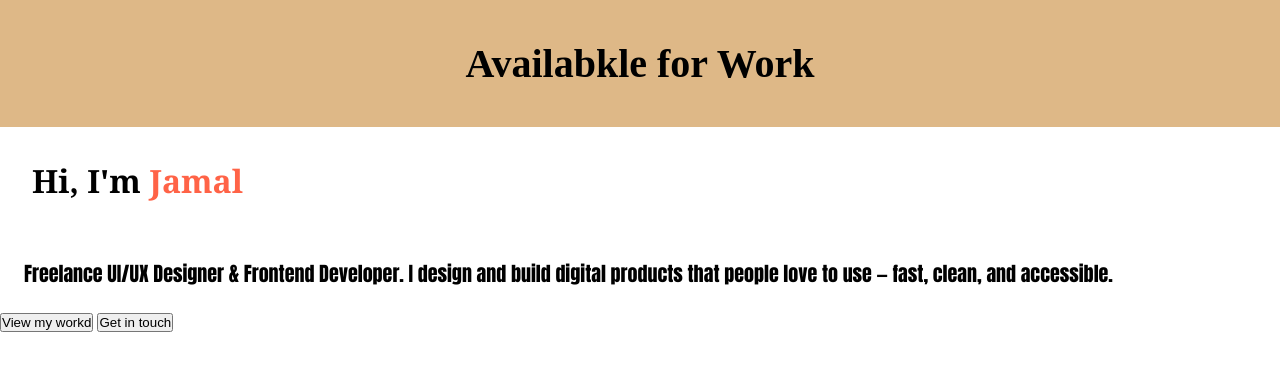
Repository: jamalissef-glitch/exercise1-JS
Page: Exercise33/index.html
An editor plug-in stored every save of this project. The page is shown before and after the next save, followed by the edit.
The browser window is 1280 px wide. The pictures show the whole page.

Above is the page before, as saved 2026-07-14 17:42:40.

After the next save:
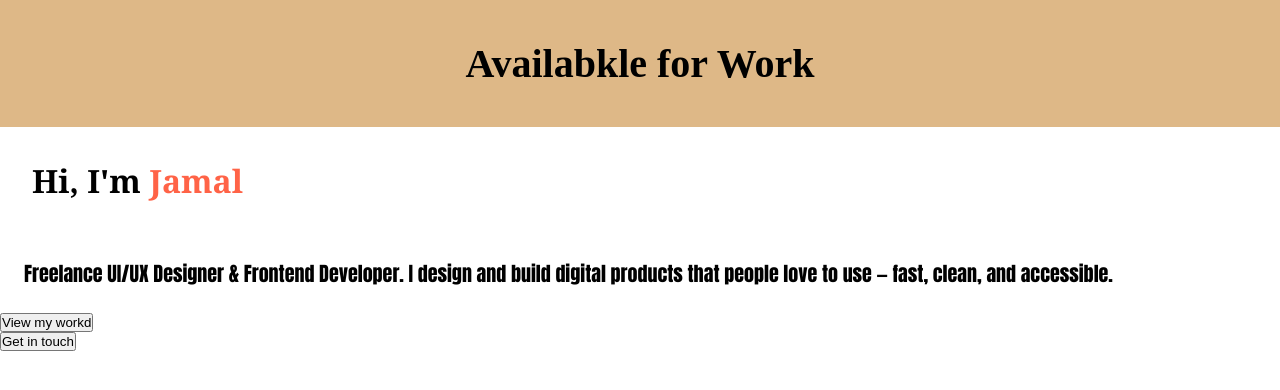
Saved 26 s later.
--- a/Exercise33/index.html
+++ b/Exercise33/index.html
@@ -40,6 +40,10 @@
   font-size: 20px;
   font-family: Impact, Haettenschweiler, 'Arial Narrow Bold', sans-serif;
  }
+
+ button {
+  display: flex;
+ }
 </style>
 
 <body>

After the 3 saves that followed:
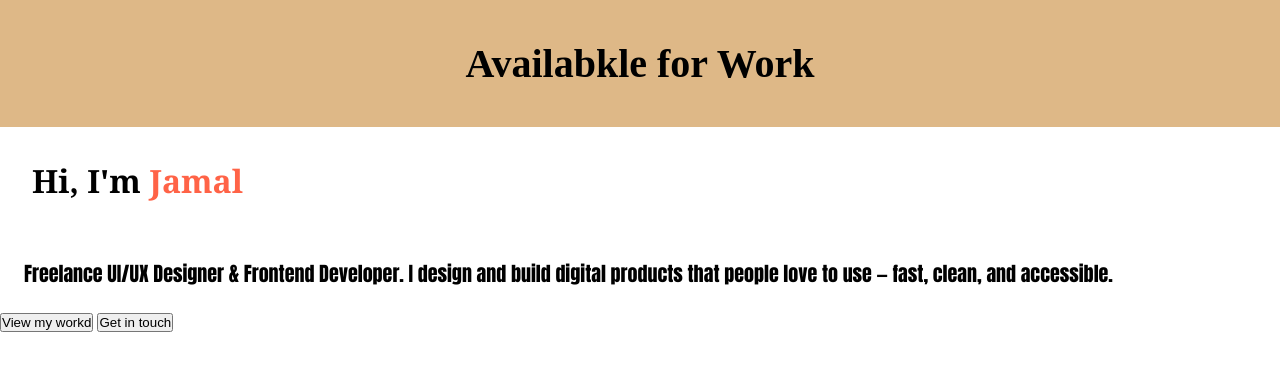
The 3 saves are shown as one change because 2 left the picture as it was.
The last was saved 25 s later.
--- a/Exercise33/index.html
+++ b/Exercise33/index.html
@@ -41,9 +41,7 @@
   font-family: Impact, Haettenschweiler, 'Arial Narrow Bold', sans-serif;
  }
 
- button {
-  display: flex;
- }
+ button {}
 </style>
 
 <body>
